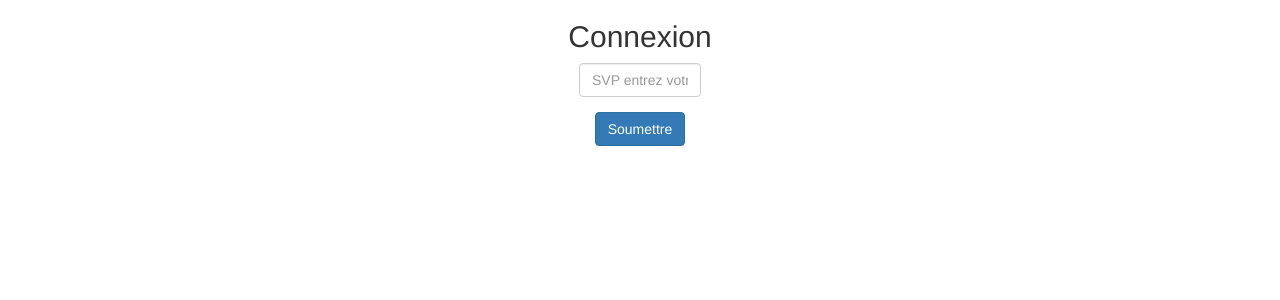
Repository: Caleb-St/CabinetMedical
Page: http://localhost/main.php
An editor plug-in stored every save of this project. The page is shown before and after a run of saves, followed by the edit.
The browser window is 1280 px wide. The pictures show the whole page.
The page is run by PHP 8.4 with error messages shown; the project is at /var/www/html/.

Above is the page before, as saved 2016-04-11 00:43:41.

After the next 2 saves:
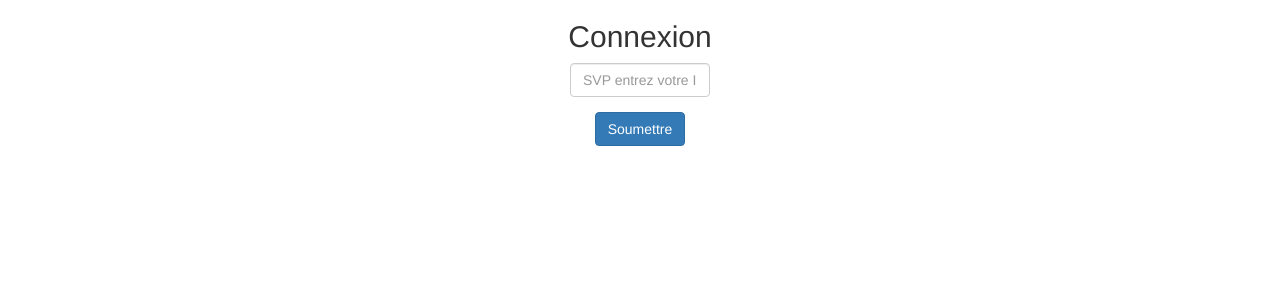
The 2 saves are shown as one change because they came seconds apart.
The last was saved 20 s later.
--- a/dbphp/main.php
+++ b/dbphp/main.php
@@ -16,7 +16,7 @@ session_start();
 <form class="form-signin" method="post" action="/CabinetMedical/dbphp/connectDB.php">
 	 	<h2>Connexion</h2>
 		<div class="form-group">
-			<input class ="form-control" type="text" style="width:20%; margin:0 auto;" placeholder="SVP entrez votre ID" name="userID">
+			<input class ="form-control" type="text" style="max-width:10em; margin:0 auto;" placeholder="SVP entrez votre ID" name="userID">
 		</div>
 	    <button type="submit" class="btn btn-primary" name="submit">Soumettre</button>
 
